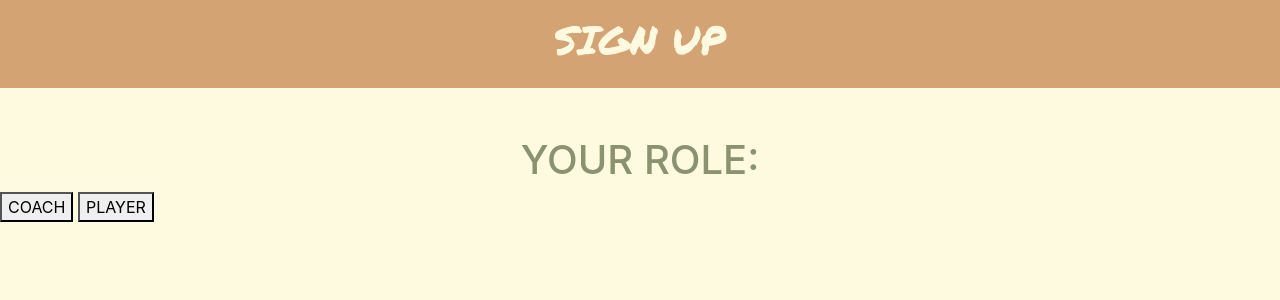
Repository: Aryaholmukhe/treasureHacks
Page: http://localhost/signup
These files come from the project's save history. The page is drawn as it stood at one moment and after the next save; the edit follows.
The browser window is 1280 px wide. The pictures show the whole page.
The page is served by the project's Node server (server.js).

Above is the page before, as saved 2022-03-27 00:23:14.

### views/signup/signup.ejs
<html lang="en">
<head>
    <meta charset="UTF-8">
    <meta http-equiv="X-UA-Compatible" content="IE=edge">
    <meta name="viewport" content="width=device-width, initial-scale=1.0">
    <link rel="stylesheet" href="https://cdn.jsdelivr.net/npm/bootstrap@4.6.1/dist/css/bootstrap.min.css">
    <script src="https://cdn.jsdelivr.net/npm/jquery@3.6.0/dist/jquery.slim.min.js"></script>
    <script src="https://cdn.jsdelivr.net/npm/popper.js@1.16.1/dist/umd/popper.min.js"></script>
    <script src="https://cdn.jsdelivr.net/npm/bootstrap@4.6.1/dist/js/bootstrap.bundle.min.js"></script>
    <link rel="preconnect" href="https://fonts.googleapis.com">
    <link rel="preconnect" href="https://fonts.gstatic.com" crossorigin>
    <link href="https://fonts.googleapis.com/css2?family=Permanent+Marker&display=swap" rel="stylesheet">
    <title>SIGN UP</title>
</head>
<body style="background-color: #FEFAE0">
    <div class="pt-3 pb-3" style="background-color: #D4A373; font-family: 'Permanent Marker', cursive; color: #FEFAE0">
        <h1 class="text-center">SIGN UP</h1>
    </div>

    <h1 class="text-center mt-5" style="color: #8A926F">YOUR ROLE:</h1>

    <div class=" mt-4text-center">
    <a href="./coach" ><button name="coach">COACH</button></a>
    <a  href="./player"><button name="player">PLAYER</button></a>
    </div>

</body>
</html>

### server.js
//jshint esversion:6

const express = require("express");
const bodyParser = require("body-parser");
const mongoose = require("mongoose");
const _ = require("lodash");
const { join } = require("path");
require("dotenv").config();
const app = express();

// TWILIO STUFF

const accountSID = process.env.ACCOUNT_SID;
const authToken = process.env.AUTH_TOKEN;

const client = require('twilio')(accountSID, authToken);


app.set('view engine', 'ejs');

app.use(bodyParser.urlencoded({ extended: true }));
app.use(express.static("public"));

app.get("/auth_config.json", (req, res) => {
    res.sendFile(join(__dirname, "/auth_config.json"));
})

// for each team member
mongoose.connect("mongodb://localhost:27017/teamMembersDB", { useNewUrlParser: true });

const membersSchema = new mongoose.Schema({
    name: String,
    role: String,
    age: Number,
    email: String,
    phone: String,
    progress: []
});

let members = [];
let progressArr = []

const Member = mongoose.model("Member", membersSchema);

// to identify teams
const teamSchema = new mongoose.Schema({
    coachName: String,
    team: [{ name: String }, { sport: String }]
})

const progressSchema = new mongoose.Schema({
    progress: []
})
const Team = mongoose.model("Team", teamSchema);
const Progress = mongoose.model("Progress", progressSchema)
// When no members are present
const noMember = new Member({
    name: "No members yet"
})
const noProgress = new Progress({
    progress: ["No progress yet, add some"]
})


// get requests

app.get("/signup", (req, res) => {
    res.render("signup/signup")
})
let person = "";
app.get("/coach", (req, res) => {
    person = "Coach"
    res.render("signup/coach");
})

app.get("/player", (req, res) => {
    person = "Team Member"
    res.render("signup/player")
})

app.get("/", (req, res) => {
    Member.find({}, function (err, foundMembers) {

        if (foundMembers.length === 0) {
            members.push(noMember)
            Member.insertMany(members, function (err) {
                if (err) {
                    console.log(err);
                } else {
                    console.log("Successfully saved members to DB.");
                }
            });
            // res.redirect("/");
        } else {
            Member.deleteOne({ "name": "No members yet" }, (err, person) => {
                if (err) return handleError(err);
            })
            res.render('index', { allMembers: foundMembers, person: person })
        }
    });
})

app.get("/:personName", function (req, res) {
    const personName = _.capitalize(req.params.personName);

    Member.findById(personName, (err, per) => {
        if (!err) {
              console.log(per)
            res.render('account', { personInfo: per});
        } else {
            console.log(err)
        }
    })
});


// post requests


app.post("/", (req, res) => {

    const playerName = req.body.newPlayer;
    const role = req.body.newRole;
    const age = req.body.age;
    const phoneNumber = req.body.phoneNumber;
    const player = new Member({
        name: playerName,
        role: role,
        age: age,
        phone: phoneNumber
    })
    player.save();
    res.redirect("/")
})

app.post("/delete", function (req, res) {
    const checkedItemId = req.body.checkbox;

    Member.findByIdAndRemove(checkedItemId, function (err) {
        if (!err) {
            console.log("Successfully deleted checked item.");
            res.redirect("/");
        } else {
            console.log(err)
        }
    });


});

app.post("/coach", (req, res) => {
    const coachName = req.body.coachName;
    const teamName = req.body.teamName;
    const sportType = req.body.sportType;
    teams = new Team({
        coachName: coachName,
        team: [{ name: teamName, sport: sportType }]
    })
    res.redirect("/")
})

app.post("/player", (req, res)=>{
    const playerName = req.body.newPlayer;
    const role = req.body.newRole;
    const age = req.body.age;
    const phoneNumber = req.body.phoneNumber;
    const player = new Member({
        name: playerName,
        role: role,
        age: age,
        phone: phoneNumber
    })
    player.save();
    res.redirect("/")
})

app.post("/announcements", (req, res) => {
    const message = req.body.message;
    members.forEach(member => {
        if (member.phone) {
            client.message.create({
                to: member.phone,
                from: process.env.TWILIO_PHONE_NUMBER, //is this going to be dynamic?
                body: message
            }).then((message) => {
                console.log(message.sid)
            });
            res.redirect("/")
        } else {
            res.redirect("/")
        }
    })

})


app.listen(3000, function () {
    console.log("Server started on port 3000");
});

After the next save:
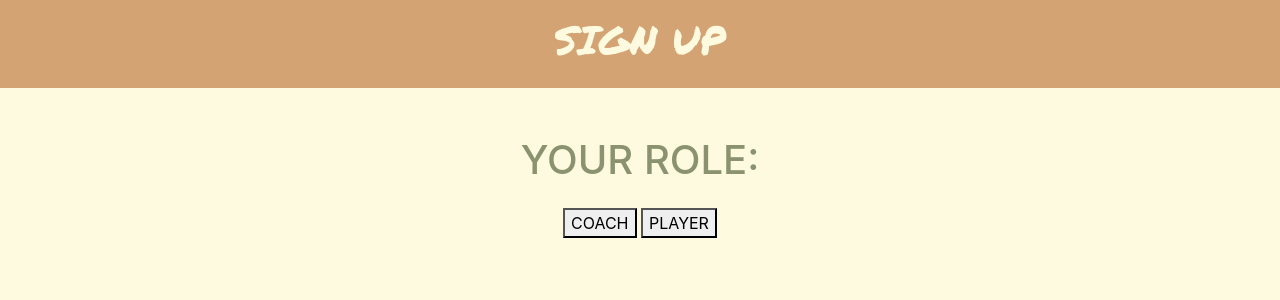
Saved 1 s later.
--- a/views/signup/signup.ejs
+++ b/views/signup/signup.ejs
@@ -19,7 +19,7 @@
 
     <h1 class="text-center mt-5" style="color: #8A926F">YOUR ROLE:</h1>
 
-    <div class=" mt-4text-center">
+    <div class=" mt-4 text-center">
     <a href="./coach" ><button name="coach">COACH</button></a>
     <a  href="./player"><button name="player">PLAYER</button></a>
     </div>
